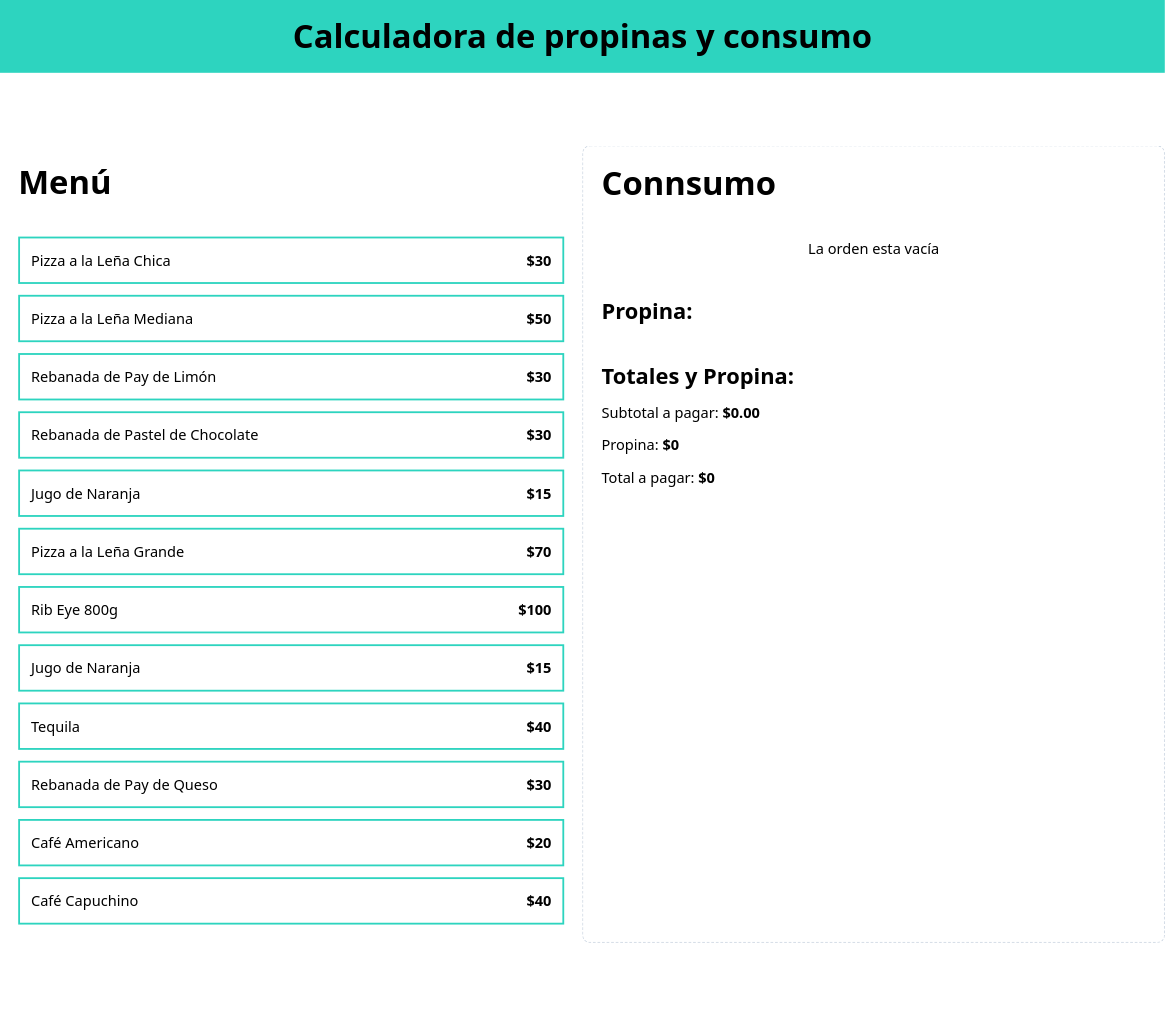
Repository: Samuel-Leal96/calculador_propinas
Page: /
The author's editor kept a copy of each file at every save. The page is drawn from the files as they stood at one save, then again after the next save.
The browser window is 1280 px wide. The pictures show the whole page, at 91% of full size.
The project was rebuilt for these pictures with package versions that can differ from the ones it lists, and the page was loaded fresh each time. Also part of the build but not shown: vite.config.ts.

Above is the page before, as saved 2025-10-22 10:41:28.

After the next save:
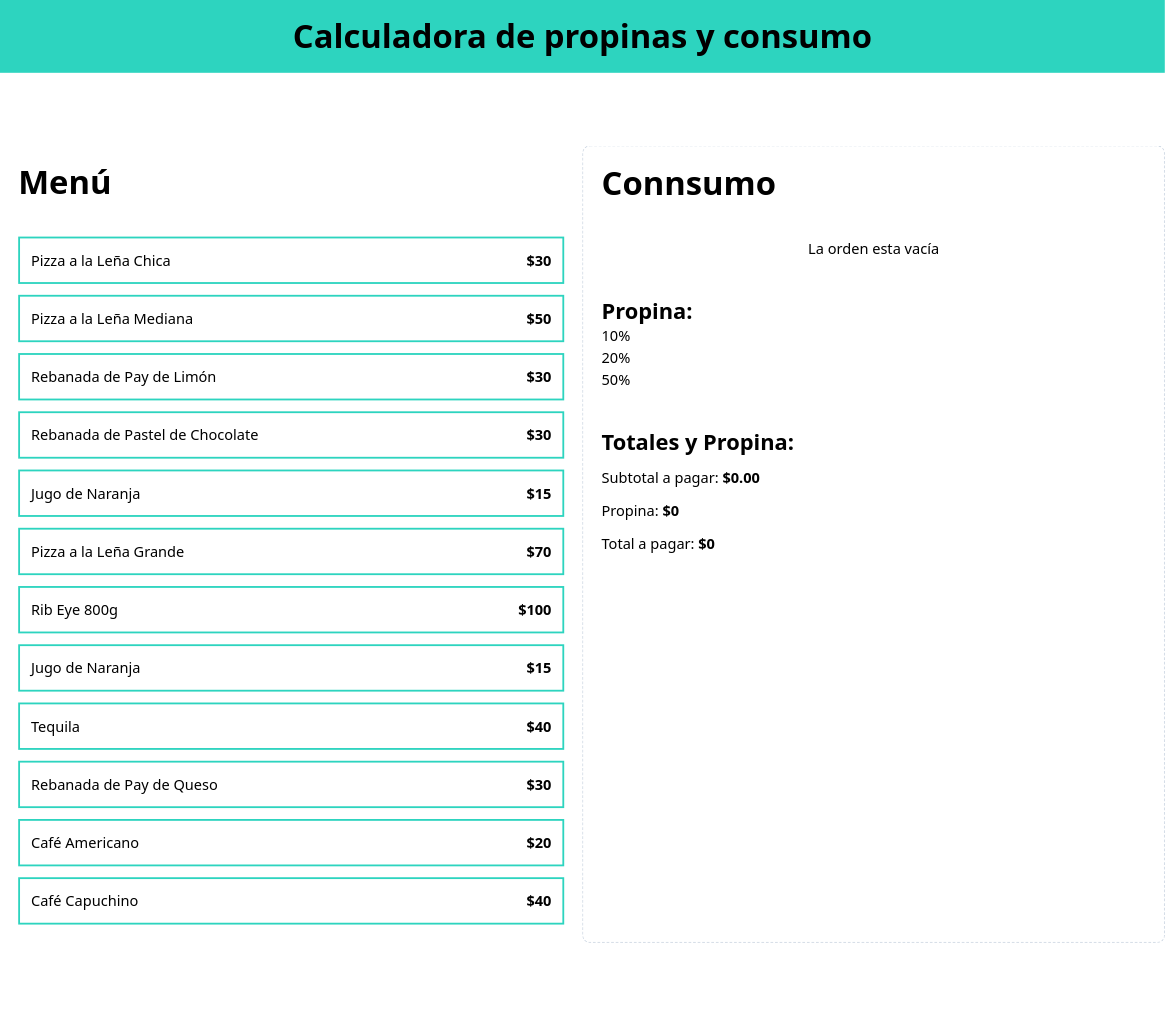
Saved 4 min 28 s later.
--- a/src/components/TipPercentageForm.tsx
+++ b/src/components/TipPercentageForm.tsx
@@ -1,4 +1,20 @@
-
+const tipOptions = [
+  {
+    id: 'tip-10',
+    value: .10,
+    label: '10%'
+  },
+  {
+    id: 'tip-20',
+    value: .20,
+    label: '20%'
+  },
+  {
+    id: 'tip-50',
+    value: .50,
+    label: '50%'
+  },
+]
 
 export const TipPercentajeForm = () => {
   return (
@@ -6,7 +22,11 @@ export const TipPercentajeForm = () => {
         <h3 className="font-black text-2xl">Propina:</h3>
 
         <form >
-
+            {tipOptions.map(tip => (
+              <div>
+                <label htmlFor="">{tip.label}</label>
+              </div>
+            )) }
         </form>
 
     </div>
